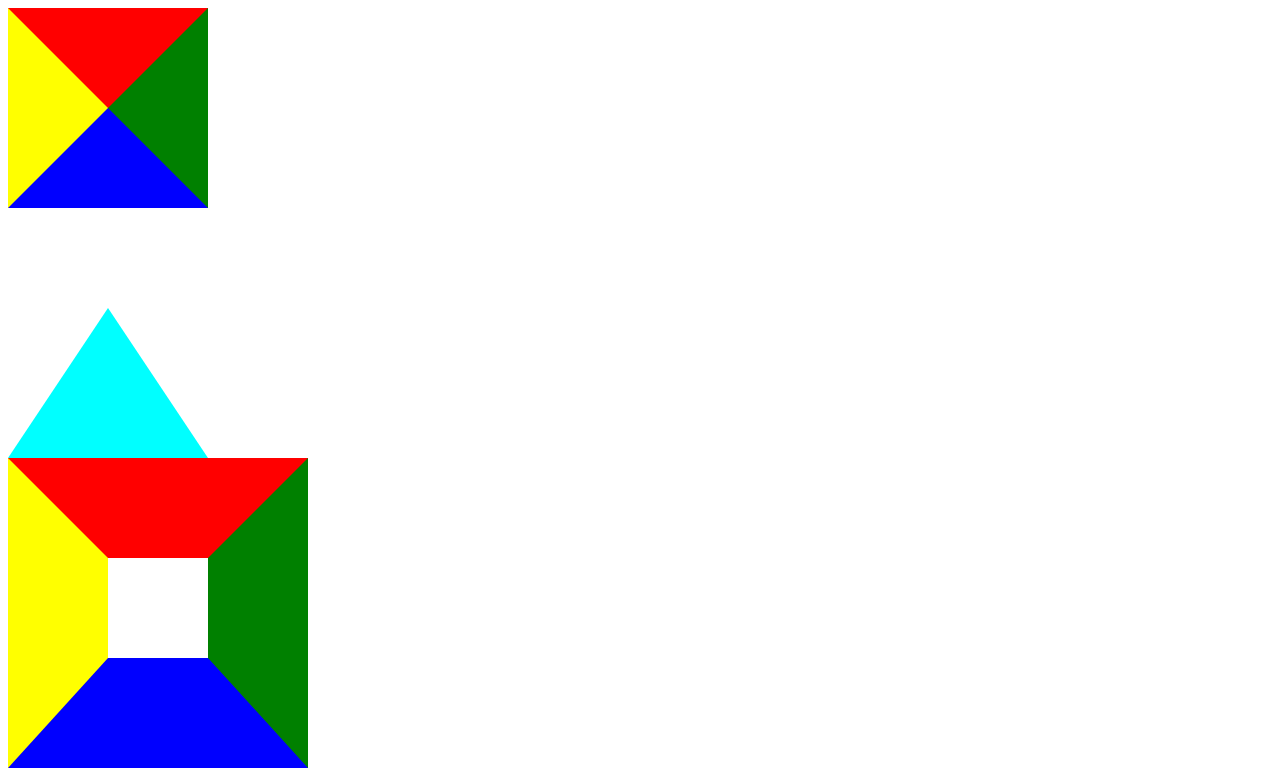
Repository: zh-webliker/achiveSomeFunction
Page: css/css画图.html
These files come from the project's save history. The page is drawn as it stood at one moment and after the next save; the edit follows.
The browser window is 1280 px wide. The pictures show the whole page.

Above is the page before, as saved 2021-07-13 16:12:45.

### css/css画图.html
<!DOCTYPE html>
<html lang="en">
<head>
  <meta charset="UTF-8">
  <meta http-equiv="X-UA-Compatible" content="IE=edge">
  <meta name="viewport" content="width=device-width, initial-scale=1.0">
  <title>Document</title>
</head>
<style>
  .triangle {
    width: 0;
    height: 0;
    border-bottom: 100px solid blue;
    border-top: 100px solid red;
    border-left: 100px solid yellow;
    border-right: 100px solid green;
  }
  .triangleElse {
    width: 0;
    height: 0;
    border: 100px solid transparent;
    border-bottom: 150px solid #0ff;
  }
  .trapezoid  {
    width: 100px;
    height: 100px;
    border-bottom: 110px solid blue;
    border-top: 100px solid red;
    border-left: 100px solid yellow;
    border-right: 100px solid green;
  }
</style>
<body>
  <div class="triangle"></div>
  <div class="triangleElse"></div>
  <div class="trapezoid "></div>
</body>
</html>

After the next save:
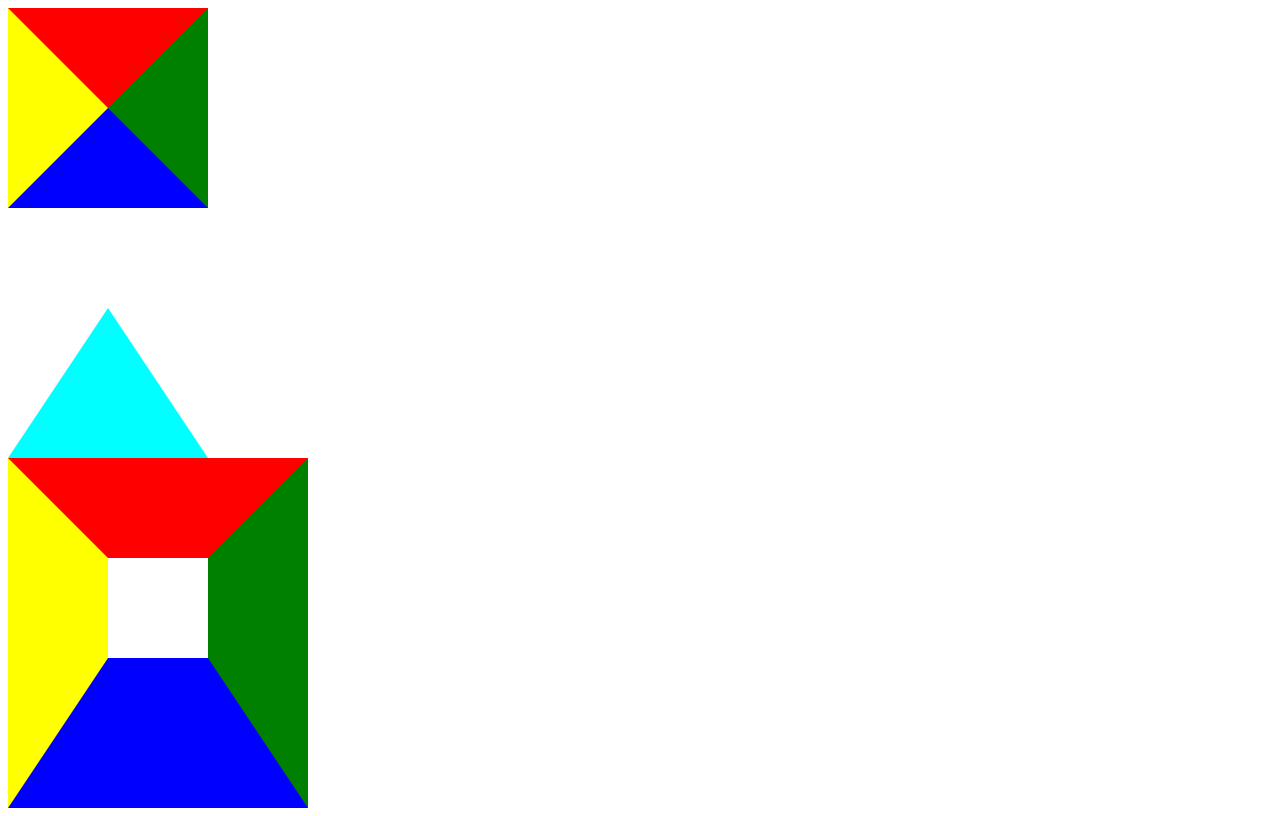
Saved 9 s later.
--- a/css/css画图.html
+++ b/css/css画图.html
@@ -24,7 +24,7 @@
   .trapezoid  {
     width: 100px;
     height: 100px;
-    border-bottom: 110px solid blue;
+    border-bottom: 150px solid blue;
     border-top: 100px solid red;
     border-left: 100px solid yellow;
     border-right: 100px solid green;
